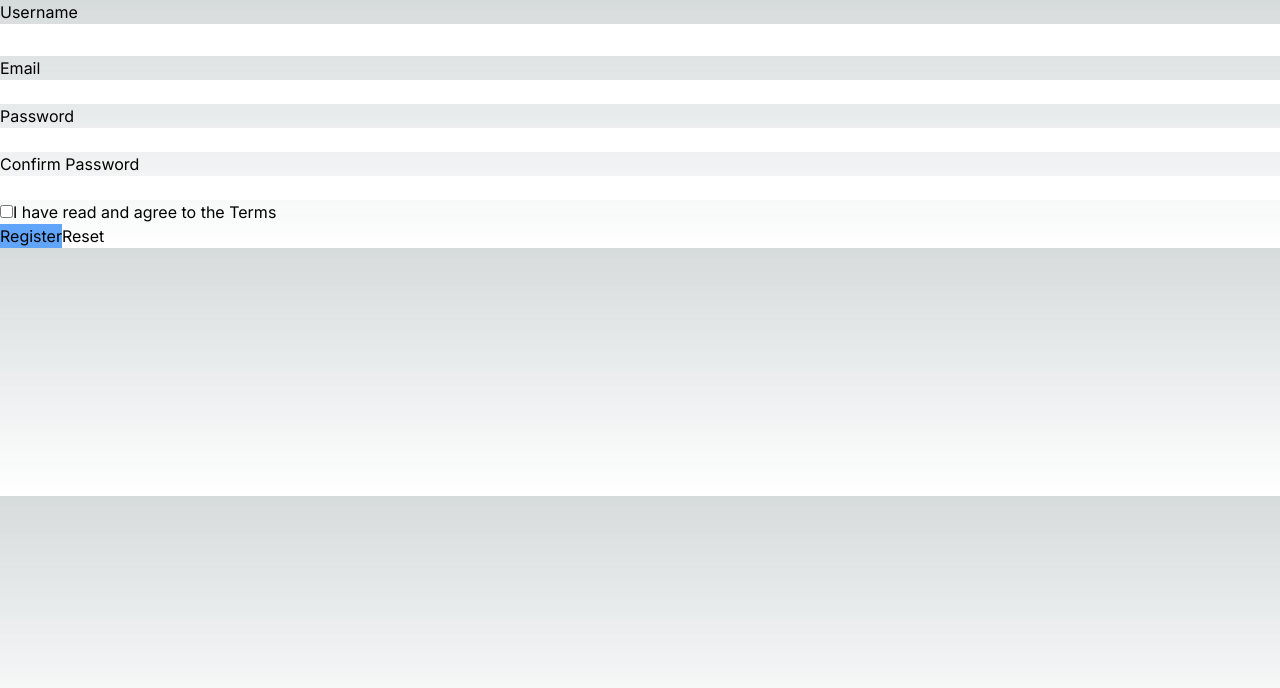
Repository: uh-sman/tiktok-card
Page: /
The author's editor kept a copy of each file at every save. The page is drawn from the files as they stood at one save, then again after the next save.
The browser window is 1280 px wide. The pictures show the whole page.
The project was rebuilt for these pictures with package versions that can differ from the ones it lists, and the page was loaded fresh each time. The framework's server and built-in components were replaced by stand-ins that run in the browser. Also part of the build but not shown: next.config.js.

Above is the page before, as saved 2023-12-19 13:46:21.

After the next save:
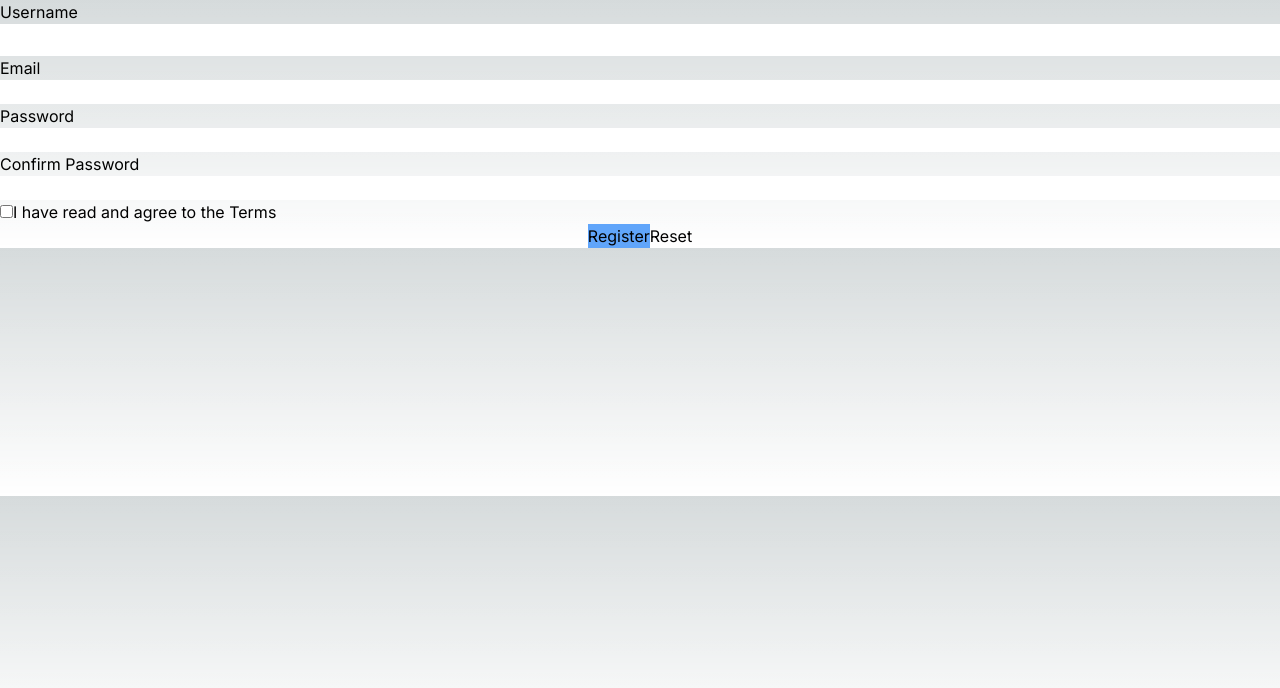
Saved 11 s later.
--- a/app/components/AuthForm.tsx
+++ b/app/components/AuthForm.tsx
@@ -82,7 +82,7 @@ const AuthForm: React.FC = () => {
                 </div>
           </div>
 
-          <div className="flex">
+          <div className="flex justify-center">
             <button type="submit" className="bg-blue-400">
               Register
             </button>
